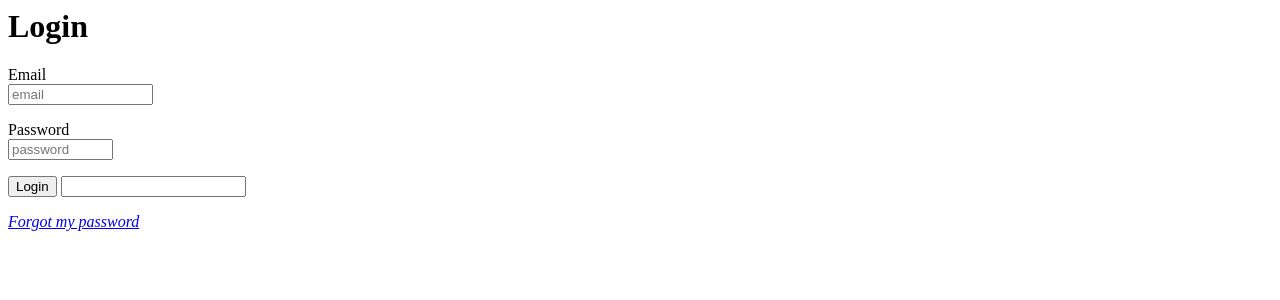
Repository: WillLiang918/Portfolio
Page: http://localhost/Task_Manager/login.jsp
An editor plug-in stored every save of this project. The page is shown before and after the next save, followed by the edit.
The browser window is 1280 px wide. The pictures show the whole page.
The page is served by Tomcat 9.

Above is the page before, as saved 2015-07-22 19:31:28.

After the next save:
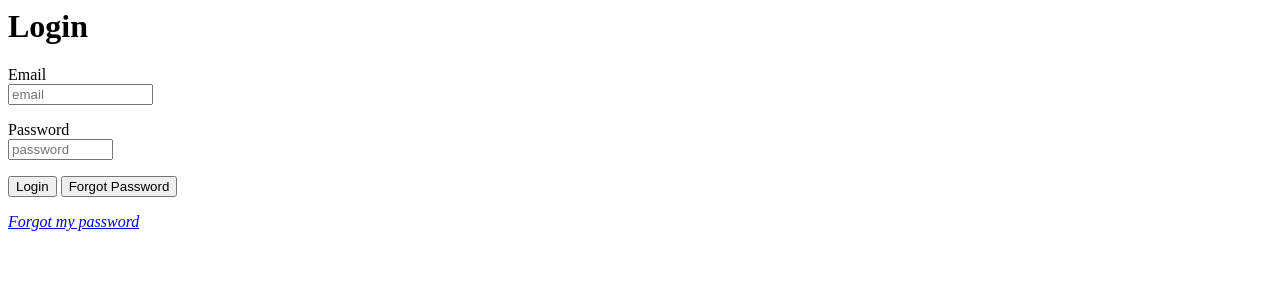
Saved 2 min 32 s later.
--- a/Task_Manager/WebContent/login.jsp
+++ b/Task_Manager/WebContent/login.jsp
@@ -12,7 +12,7 @@
 	<input type="password" name="password" placeholder="password" size="10" maxlength="20"/></p>
 	<p>
 		<input type="submit" name="submit" value="Login"/>
-		<input type="">
+		<input type="submit" name="submit" value="Forgot Password">
 		<a href="ForgotPassword.jsp" title="AJAX!"><p><i>Forgot my password</i></p></a>
 	</p>
 
